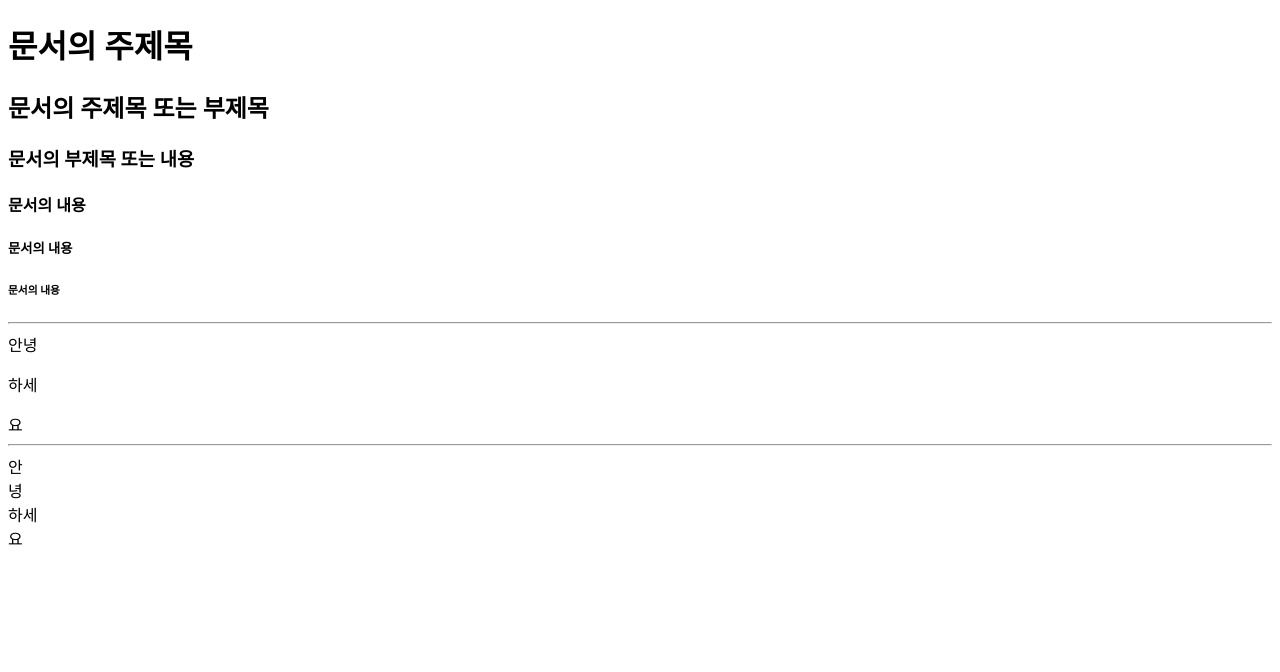
Repository: hui-Joo/html
Page: html/day01.html
The author's editor kept a copy of each file at every save. The page is drawn from the files as they stood at one save, then again after the next save.
The browser window is 1280 px wide. The pictures show the whole page.

Above is the page before, as saved 2021-10-04 04:59:48.

### html/day01.html
<!DOCTYPE html>
<html>
<head>
<meta charset="utf-8"> <!-- 이건 없어됨 꺽쇠 느낌표 바바가 주석임 -->
<title>Insert title here</title>
</head>
<!--
<body text="white" bgcolor="black">
-->
<body>

<h1>문서의 주제목</h1>
<h2>문서의 주제목 또는 부제목</h2>
<h3>문서의 부제목 또는 내용</h3>
<h4>문서의 내용</h4>
<h5>문서의 내용</h5>
<h6>문서의 내용</h6>

<hr>
	안녕
	<p>하세</p>
	요
<hr>
	안<br>녕<br>
	하세<br>
	요
<!--
	안녕하세요~
-->
</body>
</html>

After the next save:
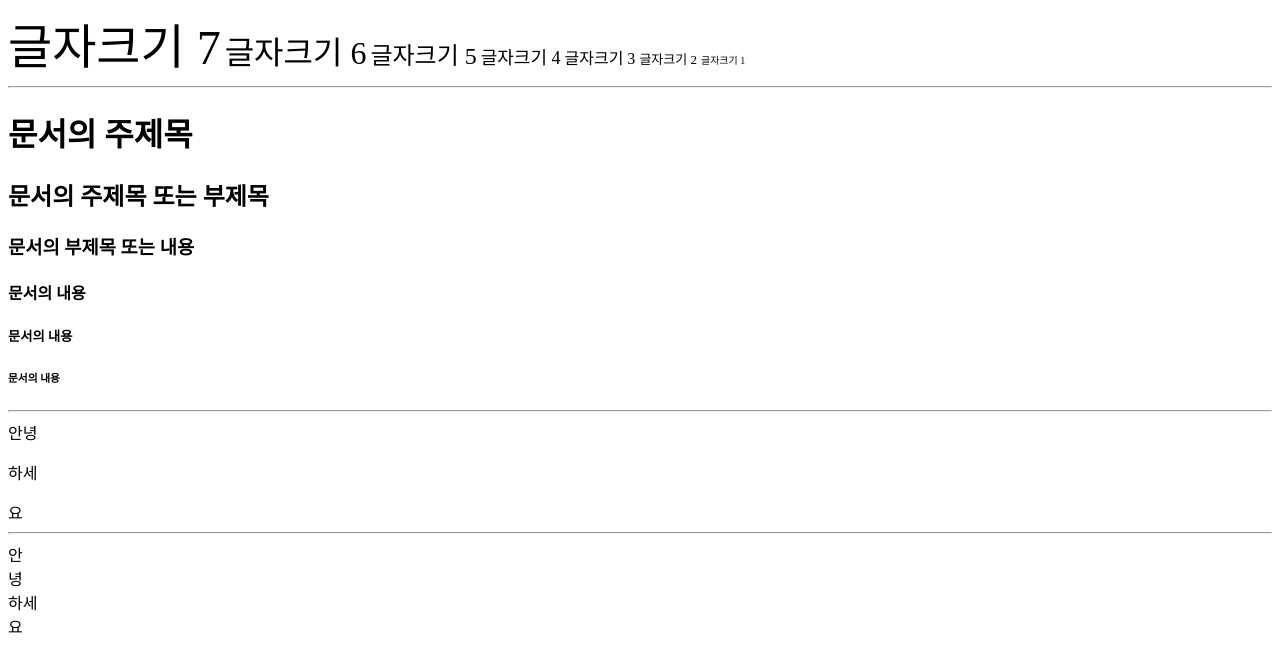
Saved 2 min 15 s later.
--- a/html/day01.html
+++ b/html/day01.html
@@ -8,6 +8,16 @@
 <body text="white" bgcolor="black">
 -->
 <body>
+
+<font size="7">글자크기 7</font>
+<font size="6">글자크기 6</font>
+<font size="5">글자크기 5</font>
+<font size="4">글자크기 4</font>
+<font size="3">글자크기 3</font>
+<font size="2">글자크기 2</font>
+<font size="1">글자크기 1</font>
+
+<hr>
 
 <h1>문서의 주제목</h1>
 <h2>문서의 주제목 또는 부제목</h2>
